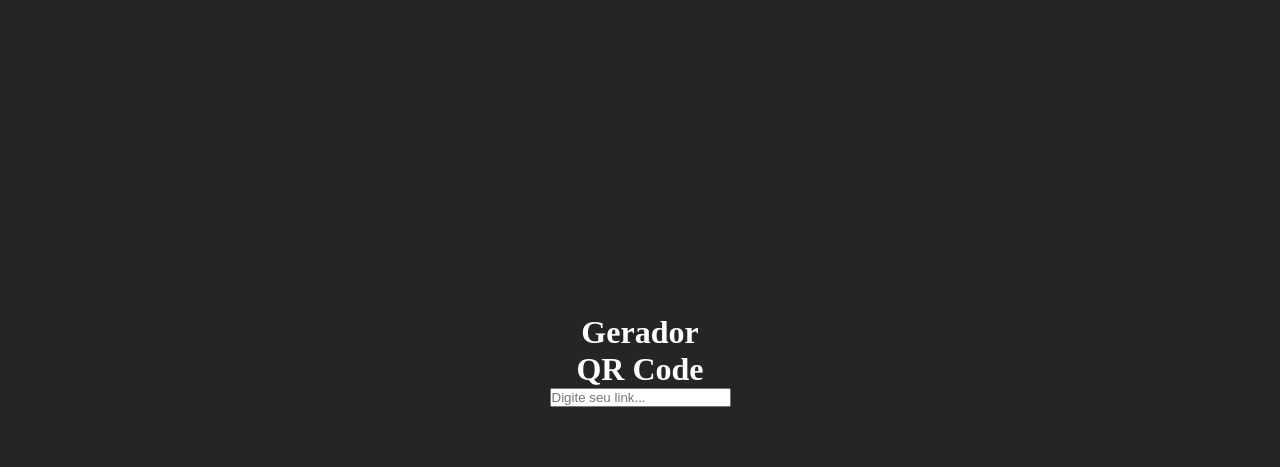
Repository: odiloalmeida/qrcode-generator
Page: /
These files come from the project's save history. The page is drawn as it stood at one moment and after the next save; the edit follows.
The browser window is 1280 px wide. The pictures show the whole page.
The project was rebuilt for these pictures with package versions that can differ from the ones it lists, and the page was loaded fresh each time. Also part of the build but not shown: vite.config.js.

Above is the page before, as saved 2022-11-22 18:45:28.

### index.html
<!DOCTYPE html>
<html lang="pt-BR">
  <head>
    <meta charset="UTF-8" />
    <link rel="icon" type="image/svg+xml" href="/vite.svg" />
    <meta name="viewport" content="width=device-width, initial-scale=1.0" />
    <title>QrCode Generator</title>
  </head>
  <body>
    <div id="root"></div>
    <script type="module" src="/src/main.jsx"></script>
  </body>
</html>

### src/App.jsx
import { useState } from 'react'
import './App.css'

function App() {
  const [count, setCount] = useState(0)

  return (
    <div className="App">
      <div className='container-wrap'>
        <h1>Gerador</h1>
        <h1>QR Code</h1>
        <input
        className='input'
        placeholder='Digite seu link...'/>
      </div>
    </div>
  )
}

export default App

### src/App.css
* {
  padding: 0;
  margin: 0;
  box-sizing: border-box;
}

.container-wrap{
  background-color: #252525;
  color: #fff;
  display: flex;
  justify-content: center;
  align-items: center;
  flex-direction: column;
  width: 100vw;
  height: 100vh;
}

.App span{
  color: blue;
  margin-left: -15px;
  margin-top: 15px;
}

Loaded but not shown: src/main.jsx (common file)

After the next save:
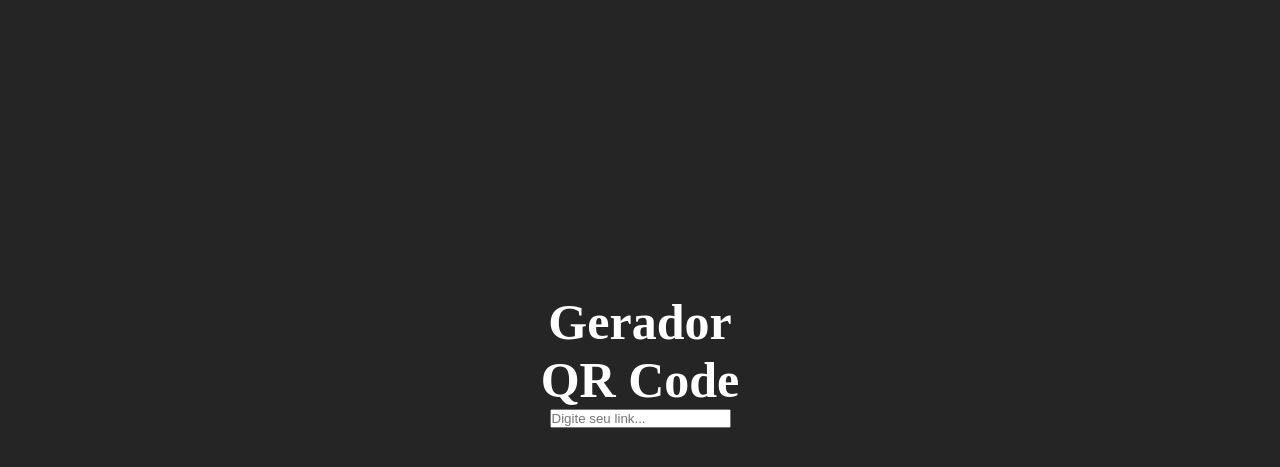
Saved 25 s later.
--- a/src/App.css
+++ b/src/App.css
@@ -15,8 +15,6 @@
   height: 100vh;
 }
 
-.App span{
-  color: blue;
-  margin-left: -15px;
-  margin-top: 15px;
+.container-wrap h1{
+  font-size: 50px;
 }
